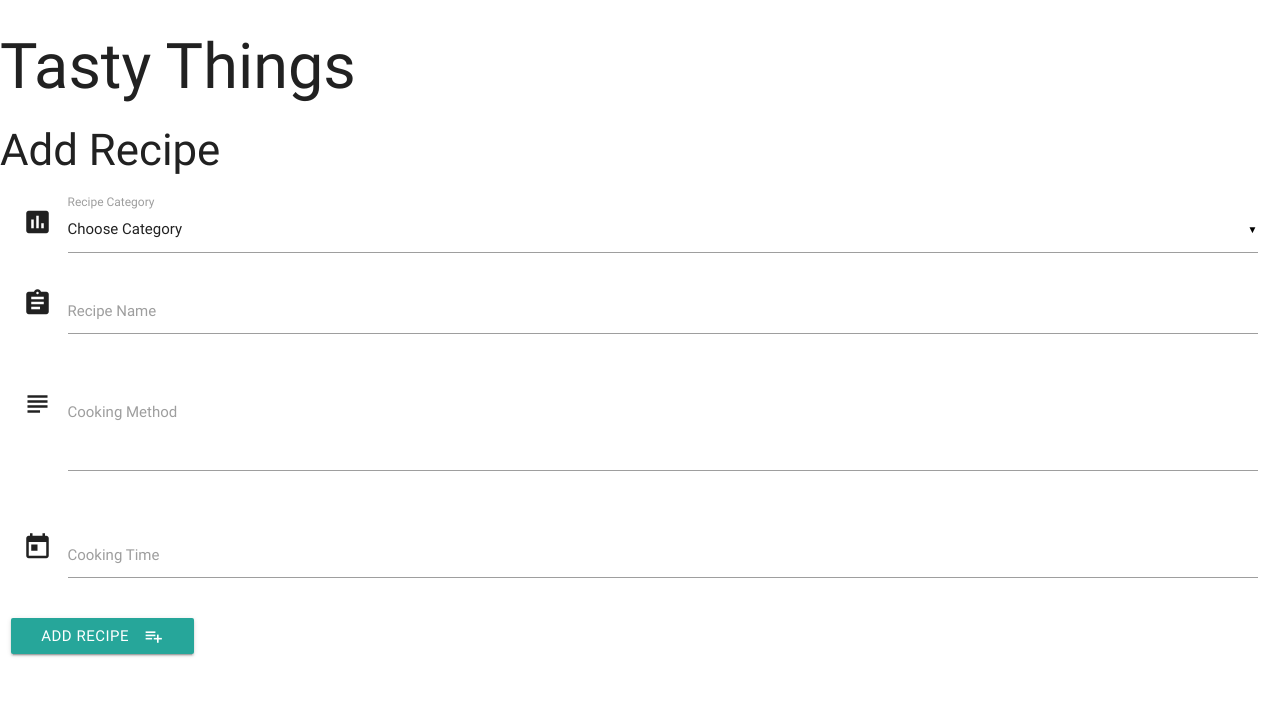
Repository: marius1989D/milestone-project-3
Page: http://localhost/add_recipe
The author's editor kept a record of every edit. The page is drawn from the files as they stood at one moment, then again after the next edit.
The browser window is 1280 px wide. The pictures show the whole page.
The page is served by the project's application, run on Flask 3 (app.py). Queries for data that is not in the repository find no rows.

Above is the page before.

### templates/addrecipe.html
{% extends 'base.html' %} {% block content %}
<h3>Add Recipe</h3>
<div class="row">
    <form action="{{ url_for('insert_recipe') }}" method="POST" class="col s12">
        <div class="row">

                <div class="input-field col s12">
                    <i class="material-icons prefix">poll</i>
                    <select id="category" name="recipe_category">
                    <option value="" disabled selected>Choose Category</option>
                    {% for cat in categories %}
                    <option value="{{cat.recipe_category}}">{{cat.recipe_category}}</option>
                    {% endfor %}
                    </select>
                    <label>Recipe Category</label>
                </div>

        <div class="row">
            <div class="input-field col s12">
                <i class="material-icons prefix">assignment</i>
                <input id="recipe_name" name="recipe_name" type="text">
                <label for="icon_prefix">Recipe Name</label>
            </div>
        </div>
        <div class="row">
            <div class="input-field col s12">
                <i class="material-icons prefix">subject</i>
                <textarea name="recipe_method" id="recipe_method" class="materialize-textarea"></textarea>
                <label for="icon_telephone">Cooking Method</label>
            </div>
        </div>
        <div class="row">
            <div class="input-field col s12">
                <i class="material-icons prefix">today</i>
                <input id="recipe_time" name="recipe_time" type="text" class="datepicker">
                <label for="icon_prefix">Cooking Time</label>
            </div>
        </div>
        <div class="row">
            <button class="btn waves-effect waves-light" type="submit" name="action">Add Recipe
                <i class="material-icons right">playlist_add</i>
             </button>
        </div>
    </form>
</div>

{% endblock %}

### templates/base.html
<!DOCTYPE html>
<html lang="en">

<head>
    <meta charset="UTF-8">
    <meta name="viewport" content="width=device-width, initial-scale=1.0">
    <meta http-equiv="X-UA-Compatible" content="ie=edge">

    <link href="https://fonts.googleapis.com/icon?family=Material+Icons" rel="stylesheet">
    <link rel="stylesheet" href="https://cdnjs.cloudflare.com/ajax/libs/materialize/0.100.2/css/materialize.min.css">
    <link rel="stylesheet" href="{{url_for('static' , filename = "css/style.css")}}" type="text/css" />
    <title>Tasty Things</title>
</head>

<body>
    <h1>Tasty Things</h1>


    <script src="https://cdnjs.cloudflare.com/ajax/libs/jquery/3.4.1/jquery.min.js" integrity="sha256-CSXorXvZcTkaix6Yvo6HppcZGetbYMGWSFlBw8HfCJo=" crossorigin="anonymous"></script>
    <script src="https://cdnjs.cloudflare.com/ajax/libs/materialize/0.100.2/js/materialize.min.js"></script>
    <script type="text/javascript">
        $(document).ready(function() {
            $('.collapsible').collapsible();
            $('select').material_select();
        });
    </script>
    {% block content %} {% endblock %}
</body>

</html>

### app.py
import os
from flask import Flask, render_template, redirect, request, url_for
from flask_pymongo import PyMongo
from bson.objectid import ObjectId

app = Flask(__name__)

app.config["MONGO_DBNAME"] = 'cooking_recipes'
app.config["MONGO_URI"] = 'mongodb+srv://root:r00tUser@myfirstcluster-rffnv.mongodb.net/cooking_recipes?retryWrites=true&w=majority'

mongo = PyMongo(app)

@app.route('/')
@app.route('/get_recipe')
def get_recipe():
    return render_template('recipes.html', recipes=mongo.db.recipes.find())

@app.route('/add_recipe')
def add_recipe():
    return render_template('addrecipe.html',
                           recipes=mongo.db.recipes.find())

@app.route('/insert_recipe', methods=['POST'])
def insert_recipe():
    recipes =  mongo.db.recipes
    recipes.insert_one(request.form.to_dict())
    return redirect(url_for('get_recipe'))

@app.route('/edit_recipe/<recipe_id>')
def edit_recipe(recipe_id):
    the_recipe = mongo.db.recipes.find_one({"_id": ObjectId(recipe_id)})
    all_categories =  mongo.db.categories.find()
    return render_template('editrecipe.html', recipe=the_recipe, categories=all_categories)

if __name__ == '__main__':
    app.run(host=os.environ.get('IP'),
        port=int(os.environ.get('PORT')),
        debug=True)

Loaded but not shown: static/css/style.css (no copy from this time; the picture is the same without it)

After the next edit:
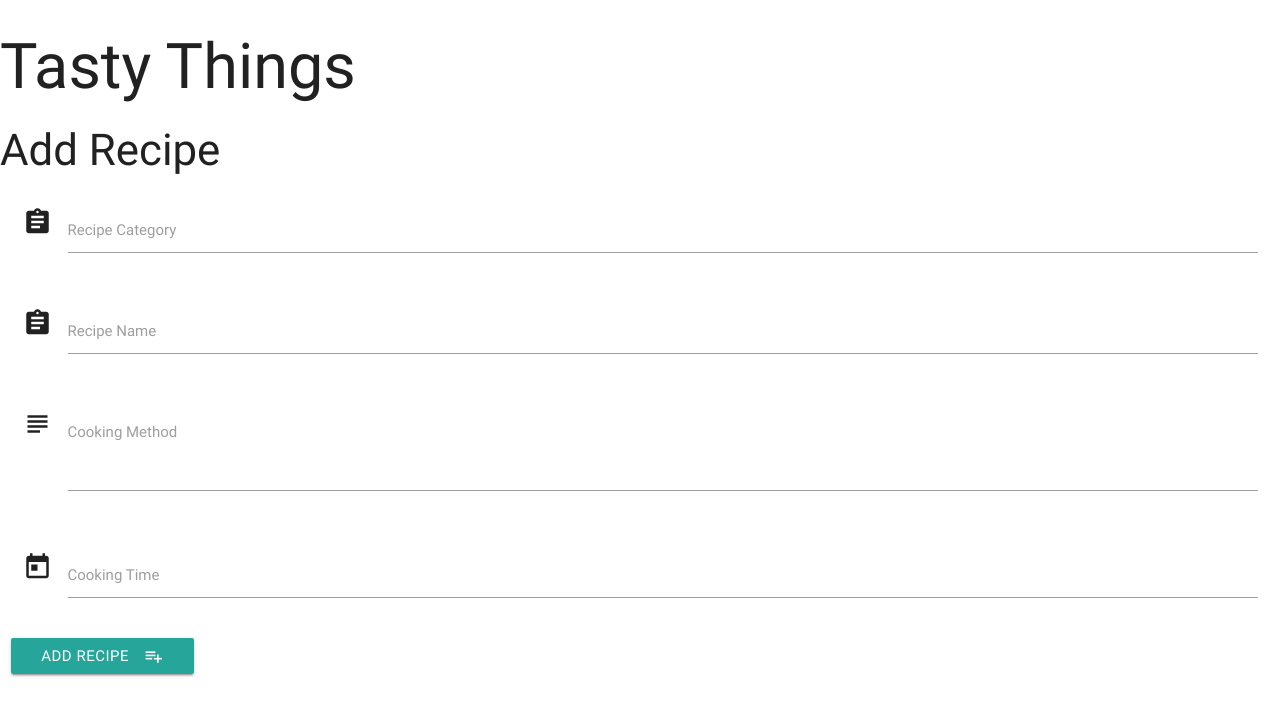
The edit:
--- a/templates/addrecipe.html
+++ b/templates/addrecipe.html
@@ -3,17 +3,12 @@
 <div class="row">
     <form action="{{ url_for('insert_recipe') }}" method="POST" class="col s12">
         <div class="row">
-
-                <div class="input-field col s12">
-                    <i class="material-icons prefix">poll</i>
-                    <select id="category" name="recipe_category">
-                    <option value="" disabled selected>Choose Category</option>
-                    {% for cat in categories %}
-                    <option value="{{cat.recipe_category}}">{{cat.recipe_category}}</option>
-                    {% endfor %}
-                    </select>
-                    <label>Recipe Category</label>
-                </div>
+            <div class="input-field col s12">
+                <i class="material-icons prefix">assignment</i>
+                <input id="recipe_category" name="recipe_category" type="text">
+                <label for="icon_prefix">Recipe Category</label>
+            </div>
+        </div>
 
         <div class="row">
             <div class="input-field col s12">
